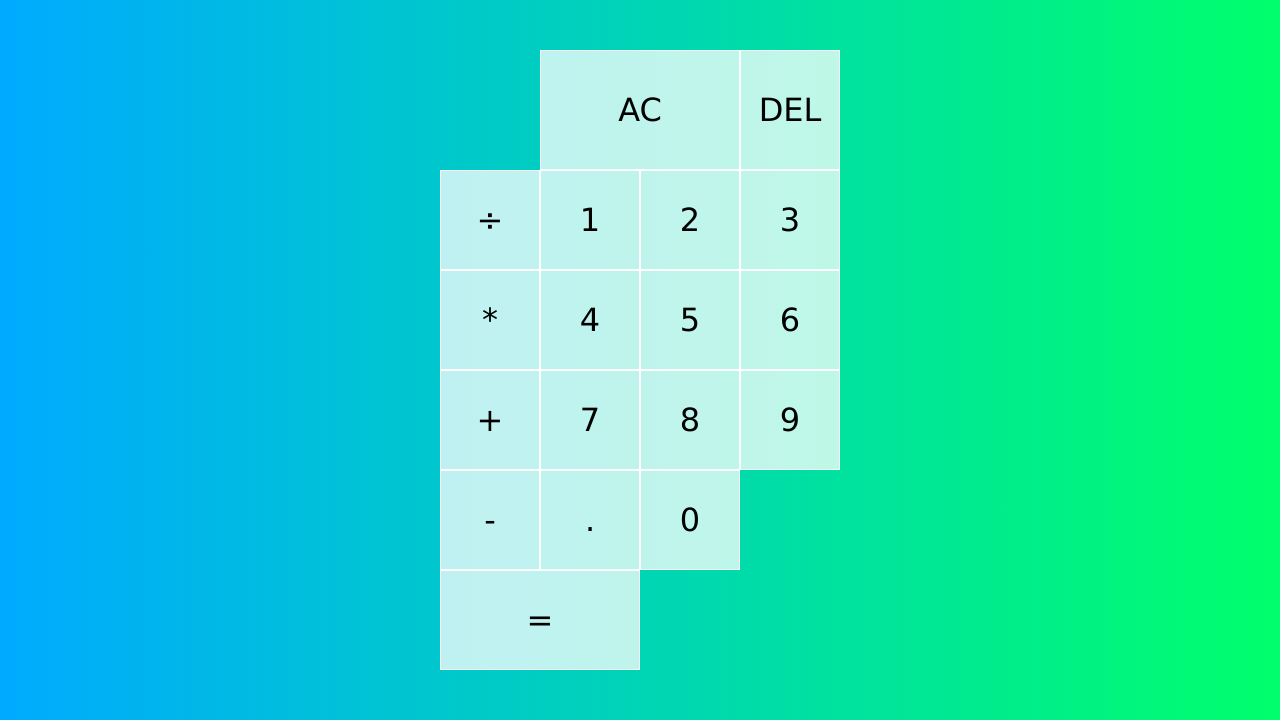
Repository: devkthines/js-calculator
Page: index.html
These files come from the project's save history. The page is drawn as it stood at one moment and after a run of saves; the edit follows.
The browser window is 1280 px wide. The pictures show the whole page.

Above is the page before, as saved 2023-12-18 21:55:10.

### index.html
<!DOCTYPE html>
<html lang="en">
<head>
    <meta charset="UTF-8">
    <meta name="viewport" content="width=device-width, initial-scale=1.0">
    <title>Calculator</title>
    <link rel="stylesheet" href="styles.css">
    <script src="script.js" defer></script>
</head>
<body>
    <!-- Wrapper for buttons and elements on the screen -->
<div class="calculator-grid">
    <!-- Screen For Output -->
<div class="output">
    <div class="previous-operand"></div>
    <div class="current-operand"></div>
</div>
<!-- Buttons to control calculator -->
<button class="span-two">AC</button>
<button >DEL</button>
<button >÷</button>
<button >1</button>
<button >2</button>
<button >3</button>
<button >*</button>
<button >4</button>
<button >5</button>
<button >6</button>
<button >+</button>
<button >7</button>
<button >8</button>
<button >9</button>
<button >-</button>
<button >.</button>
<button >0</button>
<button class="span-two">=</button>
</div>

</body>
</html>

### styles.css
*,*::before,*::after{
    box-sizing: border-box;
    margin: 0;
    /* what font is used in demonstration. Need to install on computer */
    /* font-family: Gotham Rounded, sans-serif; */
    font-family: 'Lucida Sans', 'Lucida Sans Regular', 'Lucida Grande', 'Lucida Sans Unicode', Geneva, Verdana, sans-serif;
    font-weight: normal;
}
body{
    padding: 0;
    margin: 0;
    background: linear-gradient(to right, #00AAFF, #00FF6C);
}

.calculator-grid{
    display: grid;
    justify-content: center;

    /* want to align entire grid in center, not the separate items themselves */
    align-content: center;
    /* Stating for the calculator to take up space on screen vertically at all times */
    min-height: 100vh;
    grid-template-columns: repeat(4,100px);
    /* To expand the columns due to output with large number inputs */
    grid-template-rows: minmax(120px, auto)repeat(5,100px);
}

/* Selecting all buttons on grid */
.calculator-grid> button{
    /* hovering over buttons provide cursor */
    cursor: pointer;
    font-size: 2rem;
    border: 1px solid white;
    /* removing unneccessary outline that browser always provides by default on buttons*/
    outline: none;
    /* slightly opaque */
    background-color: rgba(255, 255, 255, .75);
}

.calculator-grid> button:hover{
    background-color: rgba(255, 255, 255, .9);
}

.span-two{
    grid-column: span 2;
}
.output{

}

Loaded but not shown: script.js (common file)

After the next 5 saves:
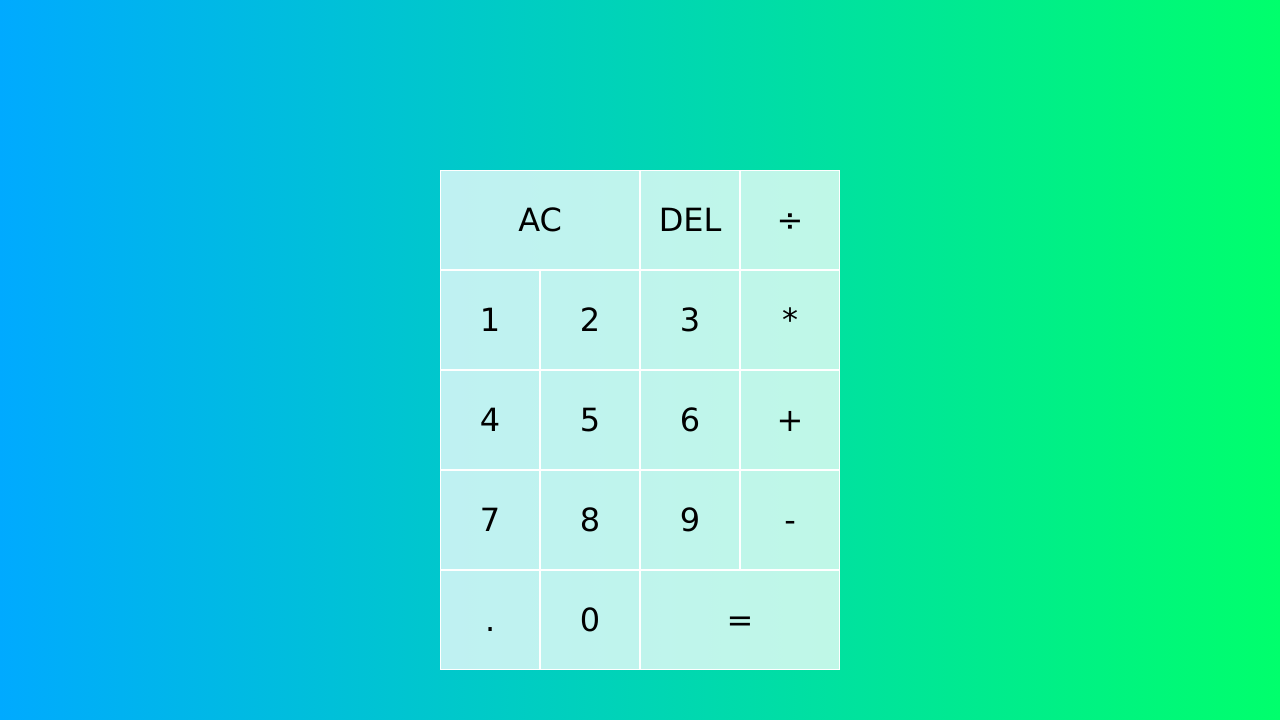
The 5 saves are shown as one change because they came seconds apart.
The last was saved 14 s later.
--- a/styles.css
+++ b/styles.css
@@ -44,6 +44,7 @@ body{
 .span-two{
     grid-column: span 2;
 }
+
 .output{
-
+grid-column: 1/-1;
 }
